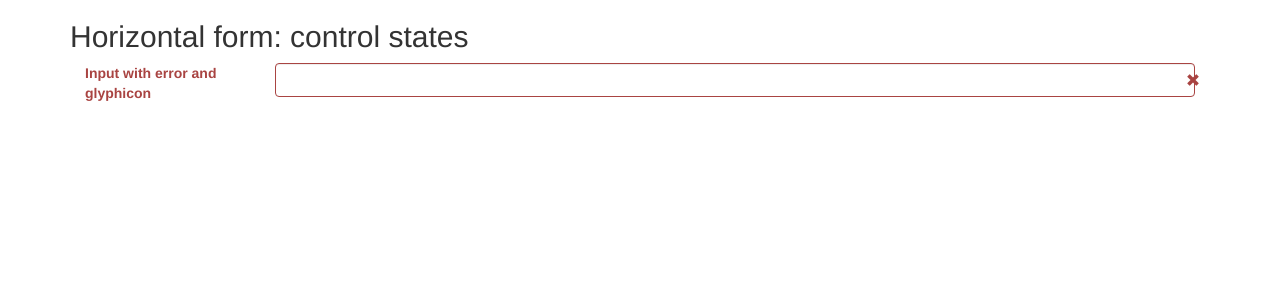
Repository: jjjikolpp/Developer
Page: http://localhost/myProject/inputColor.jsp
These files come from the project's save history. The page is drawn as it stood at one moment and after the next save; the edit follows.
The browser window is 1280 px wide. The pictures show the whole page.
Some web libraries are served in a nearby version. The page is served by Tomcat 9. Nobody is signed in. The application's start-up code is not run.

Above is the page before, as saved 2017-04-07 05:31:32.

After the next save:
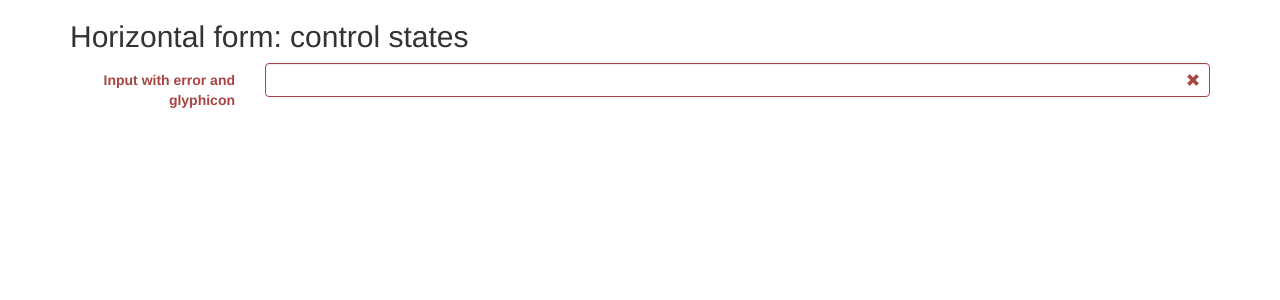
Saved 52 s later.
--- a/myProject/src/main/webapp/inputColor.jsp
+++ b/myProject/src/main/webapp/inputColor.jsp
@@ -14,6 +14,7 @@
 
 <div class="container">
   <h2>Horizontal form: control states</h2>
+  <form class="form-horizontal">
 
     <div class="form-group has-error has-feedback">
       <label class="col-sm-2 control-label" for="inputError">Input with error and glyphicon</label>
@@ -22,7 +23,7 @@
         <span class="glyphicon glyphicon-remove form-control-feedback"></span>
       </div>
     </div>
-
+  </form>
 </div>
 
 </body>
